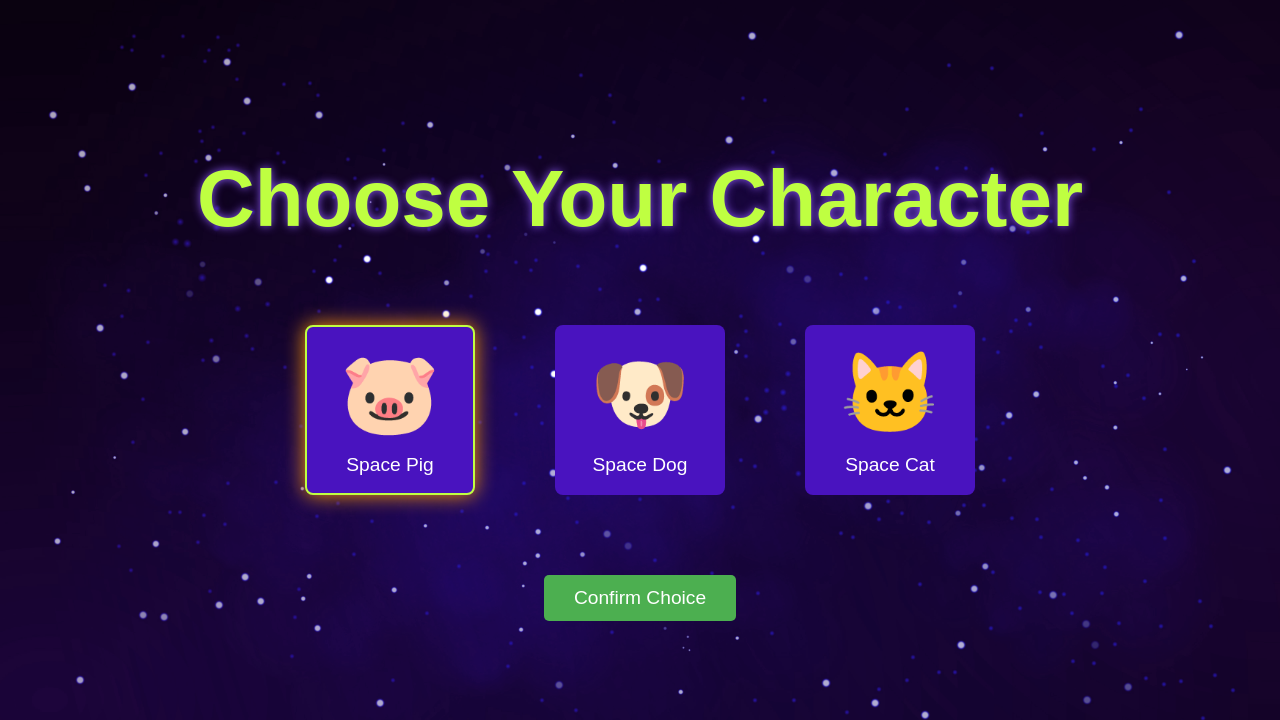
Repository: brunaguarizo/SpaceFarm
Page: index.html
An editor plug-in stored every save of this project. The page is shown before and after a run of saves, followed by the edit.
The browser window is 1280 px wide. The pictures show the whole page.
After loading, the first visible `div.character-option` was clicked once.
Some web fonts or font styles are not loaded; a fallback is used.

Above is the page before, as saved 2025-04-24 11:19:51.

After the next 2 saves:
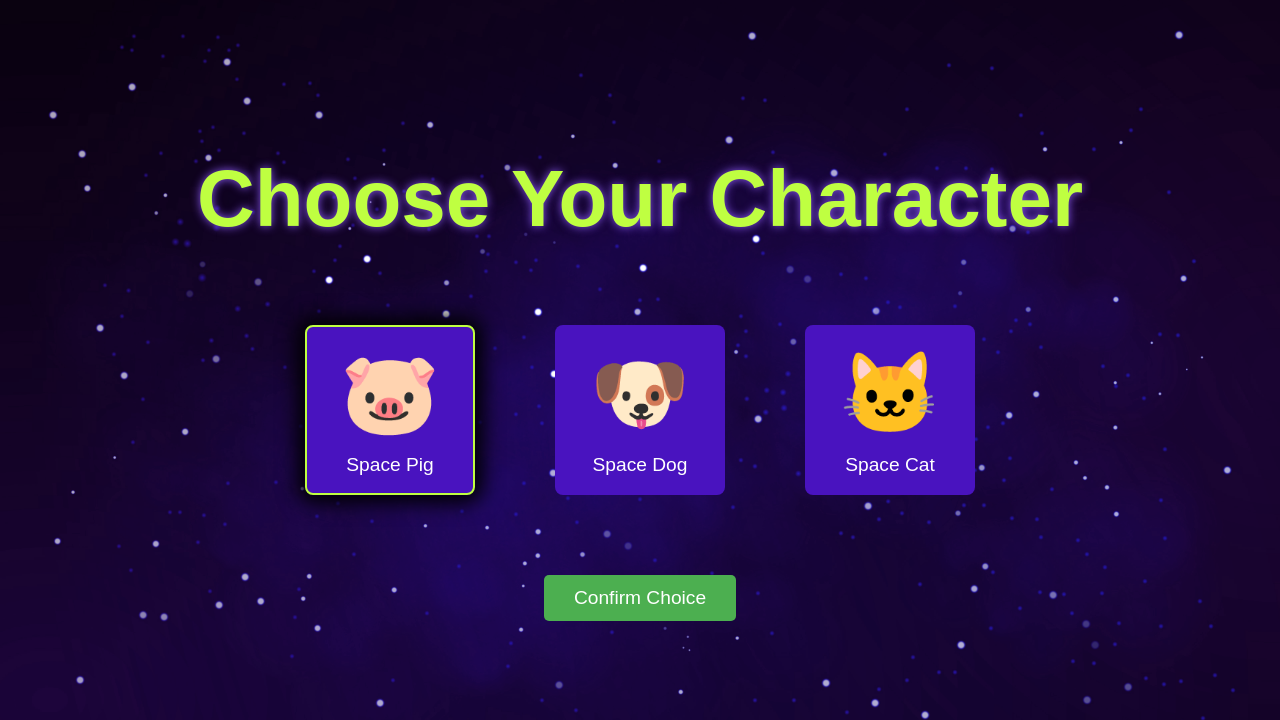
The 2 saves are shown as one change because they came seconds apart.
The last was saved 14 s later.
--- a/styles.css
+++ b/styles.css
@@ -62,7 +62,7 @@ body {
 
 .character-option.selected {
     border-color: var(--light-green);
-    box-shadow: 0 0 20px #ff9900;
+    box-shadow: 0 0 20px var(--space-small);
 }
 
 .character-icon {
